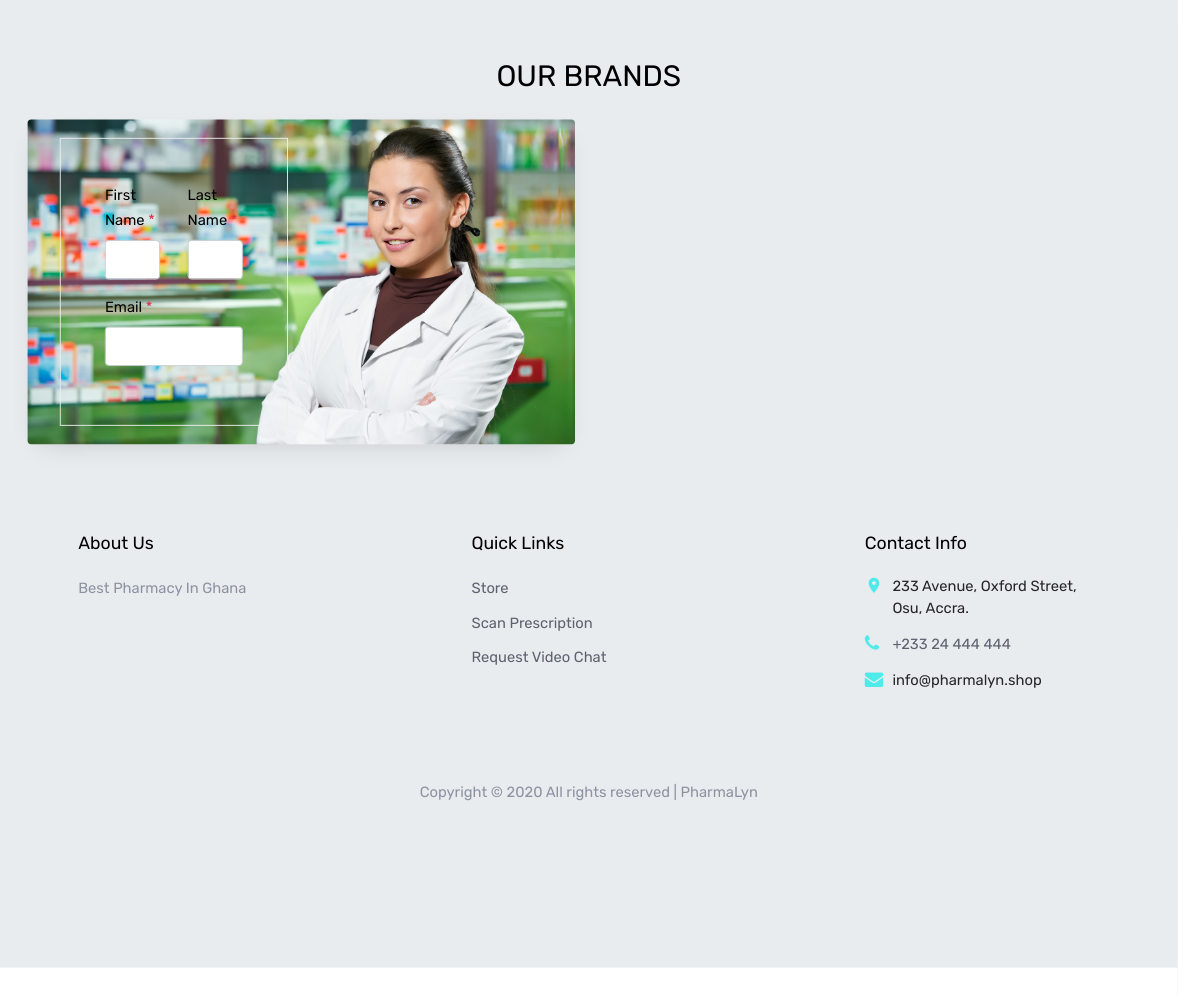
Repository: Nat-A/finalyearproject
Page: pharma/index - Copy.html
An editor plug-in stored every save of this project. The page is shown before and after a run of saves, followed by the edit.
The browser window is 1280 px wide. The pictures show the part of the page from y = 802 to 1886 px (the page is 1886 px tall), at 92% of full size.

Above is the page before, as saved 2020-06-03 12:46:40.

### pharma/index - Copy.html
<!DOCTYPE html>
<html lang="en">

<head>
    <title>PharmaLyn &mdash; HomePage</title>
    <meta charset="utf-8">
    <meta name="viewport" content="width=device-width, initial-scale=1, shrink-to-fit=no">

    <link href="https://fonts.googleapis.com/css?family=Rubik:400,700|Crimson+Text:400,400i" rel="stylesheet">
    <link rel="stylesheet" href="fonts/icomoon/style.css">

    <link rel="stylesheet" href="css/bootstrap.min.css">
    <link rel="stylesheet" href="css/magnific-popup.css">
    <link rel="stylesheet" href="css/jquery-ui.css">
    <link rel="stylesheet" href="css/owl.carousel.min.css">
    <link rel="stylesheet" href="css/owl.theme.default.min.css">


    <link rel="stylesheet" href="css/aos.css">

    <link rel="stylesheet" href="css/style.css">

</head>

<body>

    <div class="site-wrap">

        <!-- navbar  -->
        <div class="site-navbar py-2">

            <div class="search-wrap">
                <div class="container">
                    <a href="#" class="search-close js-search-close"><span class="icon-close2"></span></a>
                    <!-- search feature -->
                    <form action="#" method="post">
                        <input type="text" class="form-control" placeholder="Search drug...">
                    </form>
                </div>
            </div>

            <div class="container">
                <div class="d-flex align-items-center justify-content-between">
                    <div class="logo">
                        <div class="site-logo">
                            <a href="index.html" class="js-logo-clone">PharmaLyn</a>
                        </div>
                    </div>
                    <div class="main-nav d-none d-lg-block">
                        <nav class="site-navigation text-right text-md-center" role="navigation">
                            <ul class="site-menu js-clone-nav d-none d-lg-block">
                                <li class="active"><a href="index.html">Home</a></li>

                                <li class="has-children">
                                    <a href="#">Services</a>
                                    <ul class="dropdown">
                                        <li><a href="shop.html">Store</a></li>
                                        <li><a href="#">Scan Prescription</a></li>
                                        <li><a href="#">Request Video Chat</a></li>
                                    </ul>
                                </li>
                                <li><a href="contact.html">Contact</a></li>
                                <li><a href="about.html">About</a></li>
                                <li><a href="#">Log In / Sign Up  </a></li>
                                <!-- insert modal here -->
                            </ul>
                        </nav>
                    </div>
                    <div class="icons">
                        <a href="#" class="icons-btn d-inline-block js-search-open"><span class="icon-search"></span></a>
                        <a href="cart.html" class="icons-btn d-inline-block bag">
                            <span class="icon-shopping-bag"></span>
                            <!-- subject to the items in the cart -->
                            <span class="number">2</span>
                        </a>
                        <a href="#" class="site-menu-toggle js-menu-toggle ml-3 d-inline-block d-lg-none"><span
                class="icon-menu"></span></a>
                    </div>
                </div>
            </div>
        </div>
        <!-- end of navbar -->


        <!-- site banner -->
        <div class="site-blocks-cover" style="background-image: url('images/pills.jpg');">
            <div class="container">
                <div class="row">
                    <div class="col-lg-7 mx-auto order-lg-2 align-self-center">
                        <div class="site-block-cover-content text-center">
                            <h2 class="sub-title">PharmaLyn, We Care For You</h2>
                            <h1>Welcome To PharmaLyn</h1>
                            <p>
                                <a href="shop.html" class="btn btn-primary px-5 py-3">Shop Now</a>
                            </p>
                        </div>
                    </div>
                </div>
            </div>
        </div>
        <!-- end of banner -->


        <!-- brands -->
        <div class="jumbotron jumbotron-fluid" style="background: #">
            <div class="container col-lg-12 col-md-12 m-sm-auto">
                <div class="row">
                    <div class="title-section text-center col-12">
                        <h2 class="text-uppercase">Our Brands</h2>
                    </div>
                </div>

                <div class="col-lg-6 mb-5 mb-lg-0 ">
                    <a class="banner-1 h-100 d-flex " style="background-image: url( 'images/avatars/doctor4.jpg'); ">
                        <div class="banner-1-inner align-self-center ">

                            <div class="col-md-12">

                                <form action="#" method="post">

                                    <div class="p-3 p-lg-5 border">
                                        <div class="form-group row">
                                            <div class="col-md-6">
                                                <label for="c_fname" class="text-black">First Name <span class="text-danger">*</span></label>
                                                <input type="text" class="form-control" id="c_fname" name="c_fname">
                                            </div>
                                            <div class="col-md-6">
                                                <label for="c_lname" class="text-black">Last Name <span class="text-danger">*</span></label>
                                                <input type="text" class="form-control" id="c_lname" name="c_lname">
                                            </div>
                                        </div>
                                        <div class="form-group row">
                                            <div class="col-md-12">
                                                <label for="c_email" class="text-black">Email <span class="text-danger">*</span></label>
                                                <input type="email" class="form-control" id="c_email" name="c_email" placeholder="">
                                            </div>
                                        </div>




                                    </div>
                                </form>
                            </div>
                        </div>
                    </a>
                </div>













                <!-- footer -->
                <footer class="site-footer ">
                    <div class="container ">
                        <div class="row ">
                            <div class="col-md-6 col-lg-3 mb-4 mb-lg-0 ">

                                <div class="block-7 ">
                                    <h3 class="footer-heading mb-4 ">About Us</h3>
                                    <p>Best Pharmacy In Ghana</p>
                                </div>

                            </div>
                            <div class="col-lg-3 mx-auto mb-5 mb-lg-0 ">
                                <h3 class="footer-heading mb-4 ">Quick Links</h3>
                                <ul class="list-unstyled ">
                                    <li><a href="shop.html ">Store</a></li>
                                    <li><a href="# ">Scan Prescription</a></li>
                                    <li><a href="# ">Request Video Chat</a></li>
                                </ul>
                            </div>

                            <div class="col-md-6 col-lg-3 ">
                                <div class="block-5 mb-5 ">
                                    <h3 class="footer-heading mb-4 ">Contact Info</h3>
                                    <ul class="list-unstyled ">
                                        <li class="address ">233 Avenue, Oxford Street, Osu, Accra. </li>
                                        <li class="phone "><a href="tel:// ">+233 24 444 444</a></li>
                                        <li class="email ">info@pharmalyn.shop</li>
                                    </ul>
                                </div>
                            </div>
                        </div>
                        <div class="row pt-5 text-center ">
                            <div class="col-md-12 ">
                                <p>
                                    Copyright &copy;
                                    <script>
                                        document.write(new Date().getFullYear());
                                    </script> All rights reserved | PharmaLyn
                                </p>
                            </div>
                        </div>
                    </div>
                </footer>
                <!-- end of footer -->
            </div>

            <script src="js/jquery-3.3.1.min.js "></script>
            <script src="js/jquery-ui.js "></script>
            <script src="js/popper.min.js "></script>
            <script src="js/bootstrap.min.js "></script>
            <script src="js/owl.carousel.min.js "></script>
            <script src="js/jquery.magnific-popup.min.js "></script>
            <script src="js/aos.js "></script>

            <script src="js/main.js "></script>

</body>

</html>

Loaded but not shown: pharma/fonts/icomoon/style.css (common file); pharma/css/bootstrap.min.css (library); pharma/css/magnific-popup.css (library); pharma/css/jquery-ui.css (library); pharma/css/owl.carousel.min.css (common file); pharma/css/owl.theme.default.min.css (common file); pharma/css/aos.css (library); pharma/js/jquery-3.3.1.min.js (library); pharma/js/jquery-ui.js (library); pharma/js/popper.min.js (library); pharma/js/bootstrap.min.js (library); pharma/js/owl.carousel.min.js (library); pharma/js/jquery.magnific-popup.min.js (library); pharma/js/aos.js (library); pharma/js/main.js (219 lines, source omitted); pharma/css/style.css (1125 lines, source omitted)

After the next 2 saves:
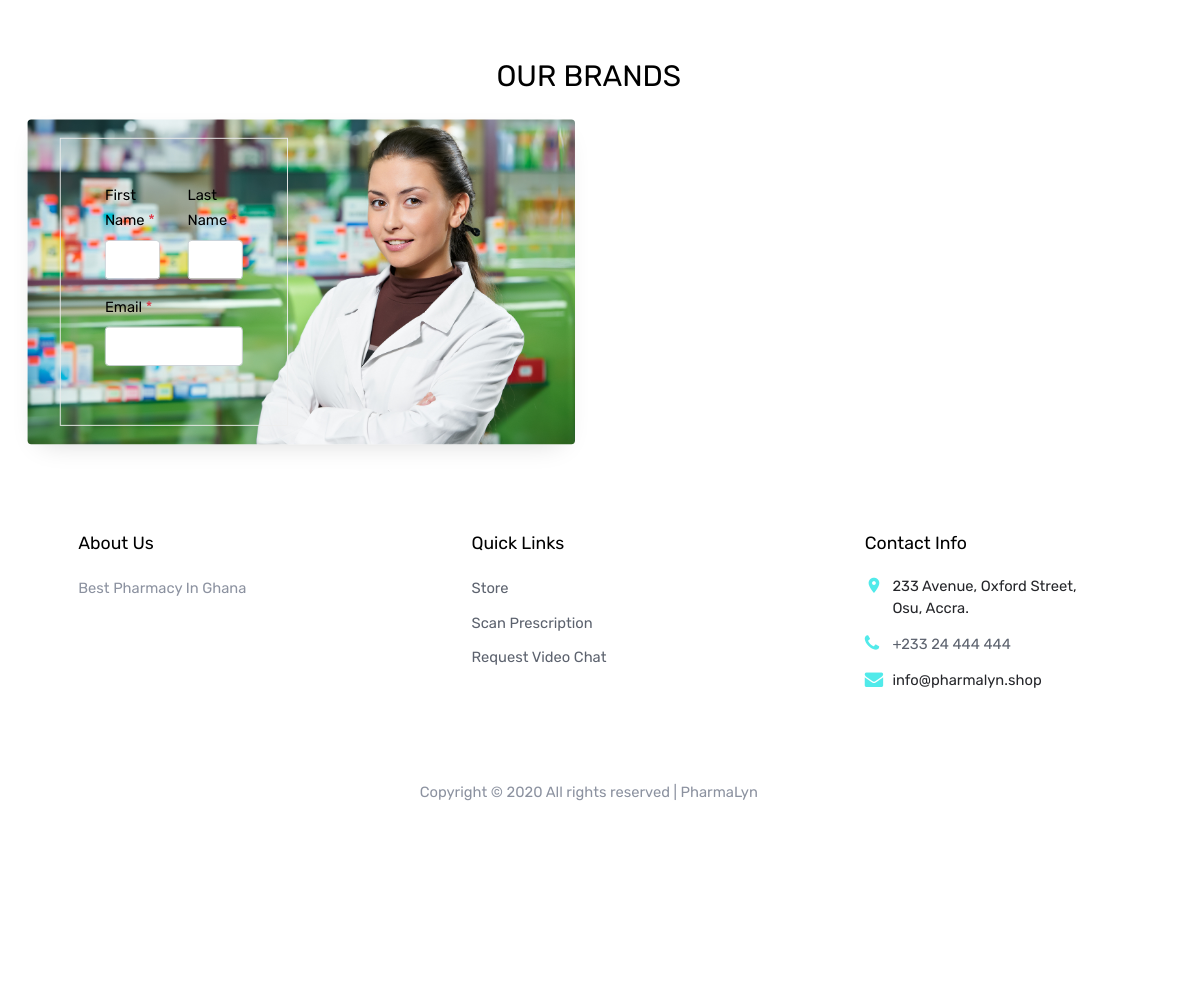
The 2 saves are shown as one change because they came seconds apart.
The last was saved 6 s later.
--- a/pharma/index - Copy.html
+++ b/pharma/index - Copy.html
@@ -102,7 +102,7 @@
 
 
         <!-- brands -->
-        <div class="jumbotron jumbotron-fluid" style="background: #">
+        <div class="jumbotron jumbotron-fluid" style="background: #fff">
             <div class="container col-lg-12 col-md-12 m-sm-auto">
                 <div class="row">
                     <div class="title-section text-center col-12">
